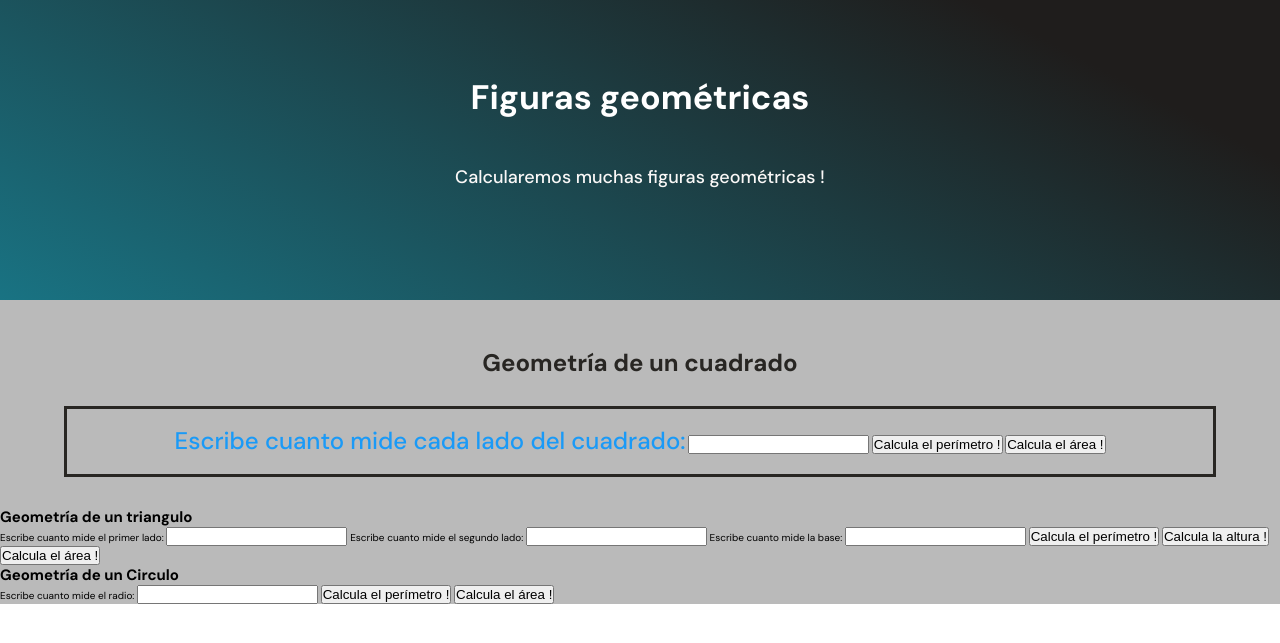
Repository: ChristianGecchelin/javascript-project
Page: javascript-project/figuras-geometricas/figuras.html
An editor plug-in stored every save of this project. The page is shown before and after the next save, followed by the edit.
The browser window is 1280 px wide. The pictures show the whole page.

Above is the page before, as saved 2021-12-01 23:02:04.

After the next save:
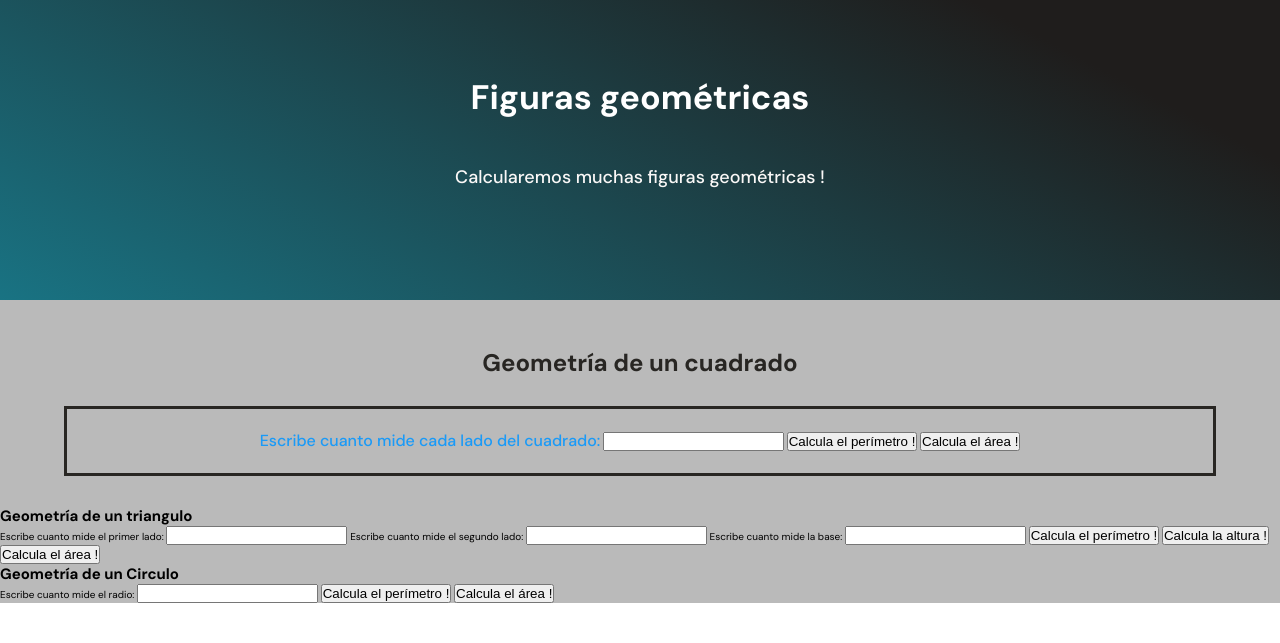
Saved 7 min 38 s later.
--- a/javascript-project/figuras-geometricas/style.css
+++ b/javascript-project/figuras-geometricas/style.css
@@ -79,9 +79,8 @@ main {
   padding: 20px 20px;
 }
 .main-calculadora-form-contenedor .form--label-input {
-  font-size: 2.4rem;
+  font-size: 1.6rem;
   font-weight: 500;
   line-height: 2.4rem;
   color: var(--secondary-blue);
-  -webkit-text-stroke: 2px solid;
 }
